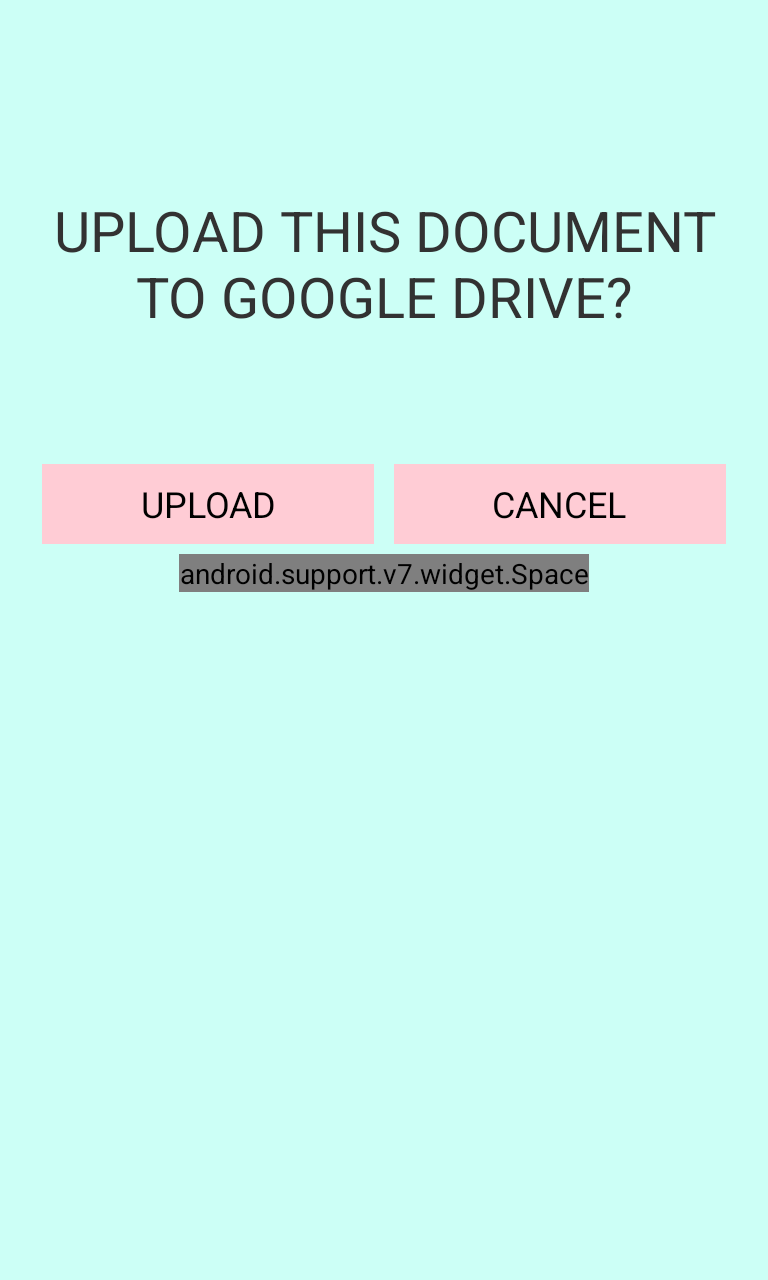
Repository: nick11roberts/Moka-Scanr
Layout: Document Uploader/res/layout/activity_preview.xml
The author's editor kept a copy of each file at every save. The layout is drawn from the files as they stood at one save, then again after the next save.
Pictures or frames that could not be fetched are drawn as grey boxes. It is drawn on a 768 x 1280 px phone screen (xhdpi) without system bars, with theme android:Theme.Holo.Light.NoActionBar; the app's code is not run. The app's manifest (not shown) leaves right-to-left support off. So textAlignment, textDirection and layoutDirection are ignored, and left and right values win over start and end ones.

Above is the layout before, as saved 2014-05-31 00:55:16.

### Document Uploader/res/layout/activity_preview.xml
<LinearLayout xmlns:android="http://schemas.android.com/apk/res/android"
    xmlns:tools="http://schemas.android.com/tools"
    android:layout_width="match_parent"
    android:layout_height="match_parent"
    android:background="@color/bg_color"
    android:baselineAligned="true"
    android:gravity="center_horizontal"
    android:orientation="vertical"
    android:paddingBottom="@dimen/activity_vertical_margin"
    android:paddingLeft="@dimen/activity_horizontal_margin"
    android:paddingRight="@dimen/activity_horizontal_margin"
    android:paddingTop="@dimen/activity_vertical_margin"
    tools:context=".MainActivity" >

    <TextView
        android:layout_width="wrap_content"
        android:layout_height="wrap_content"
        android:paddingBottom="60dp"
        android:paddingTop="80dp"
        android:text="@string/preview_heading"
        android:textAlignment="center"
        android:gravity="center"
        android:textAllCaps="true"
        android:textSize="28sp" />

    <TableRow
        android:id="@+id/tableRow1"
        android:layout_width="fill_parent"
        android:layout_height="wrap_content"
        android:shrinkColumns="*"
		android:stretchColumns="*"  >

        <Button
            android:id="@+id/uploadButton"
            android:layout_width="120dp"
            android:layout_height="40dp"
            android:background="@color/button_color"
            android:gravity="center_vertical|center_horizontal"
            android:paddingLeft="5dp"
            android:paddingRight="5dp"
            android:text="@string/preview_button_upload"
            android:textAlignment="center"
            android:layout_weight=".25"
            android:layout_margin="5dip" />

        <Button
            android:style="?android:attr/buttonBarButtonStyle"
            android:id="@+id/cancelButton"
            android:layout_width="120dp"
            android:layout_height="40dp"
            android:layout_weight=".25"
            android:background="@color/button_color"
            android:paddingRight="5dp"
            android:text="@string/preview_button_cancel"
            android:textAlignment="center"
            android:layout_margin="5dip"/>

    </TableRow>

    <android.support.v7.widget.Space
        android:id="@+id/space1"
        android:layout_width="wrap_content"
        android:layout_height="wrap_content" />

</LinearLayout>

### Document Uploader/res/values/colors.xml
<?xml version="1.0" encoding="utf-8"?>
<resources>
   <color name="button_color">#FFCCD5</color>
   <color name="bg_color">#CCFFF6</color>
   <color name="border_color">#000000</color>
</resources>

### Document Uploader/res/values/strings.xml
<?xml version="1.0" encoding="utf-8"?>
<resources>

    <string name="app_name">PDF-Drive</string>
    <string name="action_settings">Settings</string>

    <!-- MAIN ACTIVITY -->
    <string name="main_heading">Upload a new PDF?</string>
    <string name="main_button_upload">BEGIN</string>

    <!-- OPTIONS ACTIVITY -->
    <string name="options_heading">Upload options</string>
    <string name="options_pages">Number of pages?</string>
    <string name="options_title">Title?</string>
    <string name="options_folder">Folder? (optional)</string>
    <string name="options_button_go">CONTINUE</string>

    <!-- PREVIEW ACTIVITY -->
    <string name="preview_heading">Upload this document to Google Drive?</string>
    <string name="preview_button_upload">UPLOAD</string>
    <string name="preview_button_cancel">CANCEL</string>

</resources>

Loaded but not shown: Document Uploader/res/values/dimens.xml (common file); Document Uploader/res/values-w820dp/dimens.xml (common file)

After the next save:
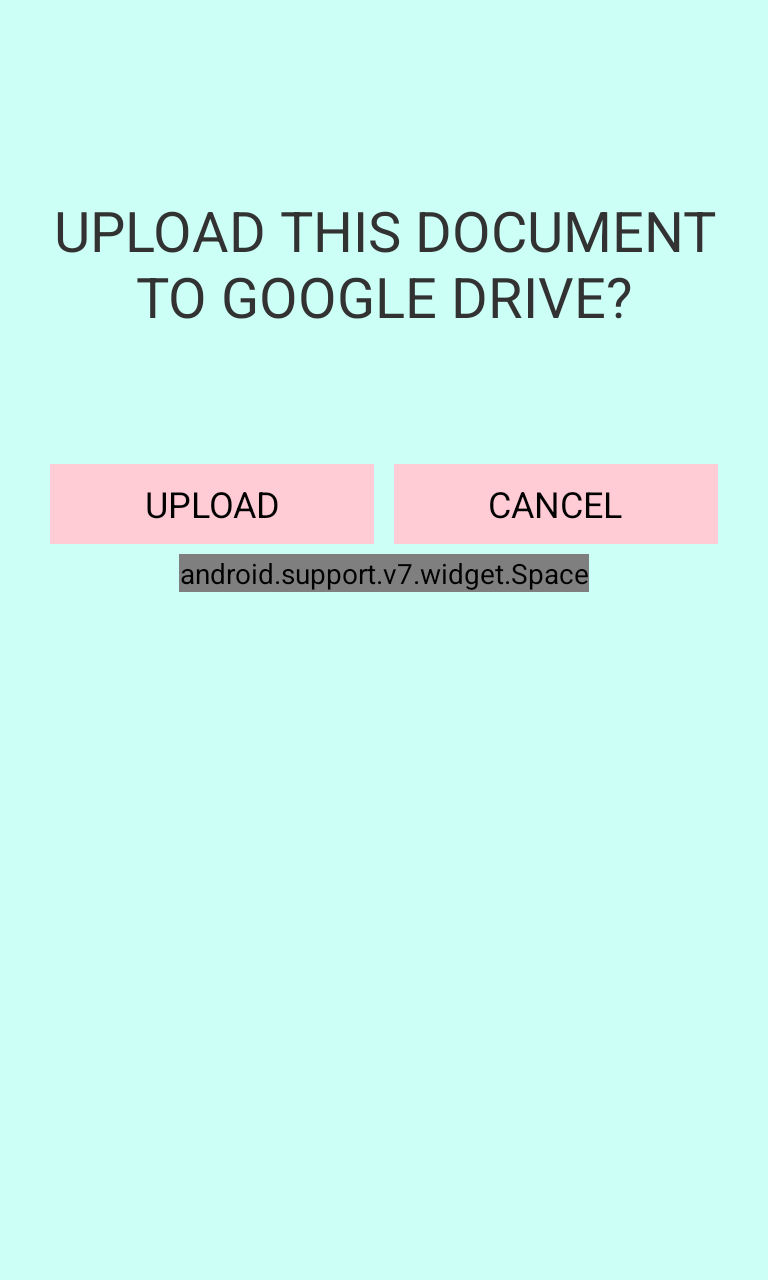
Saved 40 s later.
--- a/Document Uploader/res/layout/activity_preview.xml
+++ b/Document Uploader/res/layout/activity_preview.xml
@@ -24,6 +24,7 @@
         android:textSize="28sp" />
 
     <TableRow
+        android:style="?android:attr/buttonBarButtonStyle"
         android:id="@+id/tableRow1"
         android:layout_width="fill_parent"
         android:layout_height="wrap_content"
@@ -31,6 +32,7 @@
 		android:stretchColumns="*"  >
 
         <Button
+            android:style="?android:attr/buttonBarButtonStyle"
             android:id="@+id/uploadButton"
             android:layout_width="120dp"
             android:layout_height="40dp"
